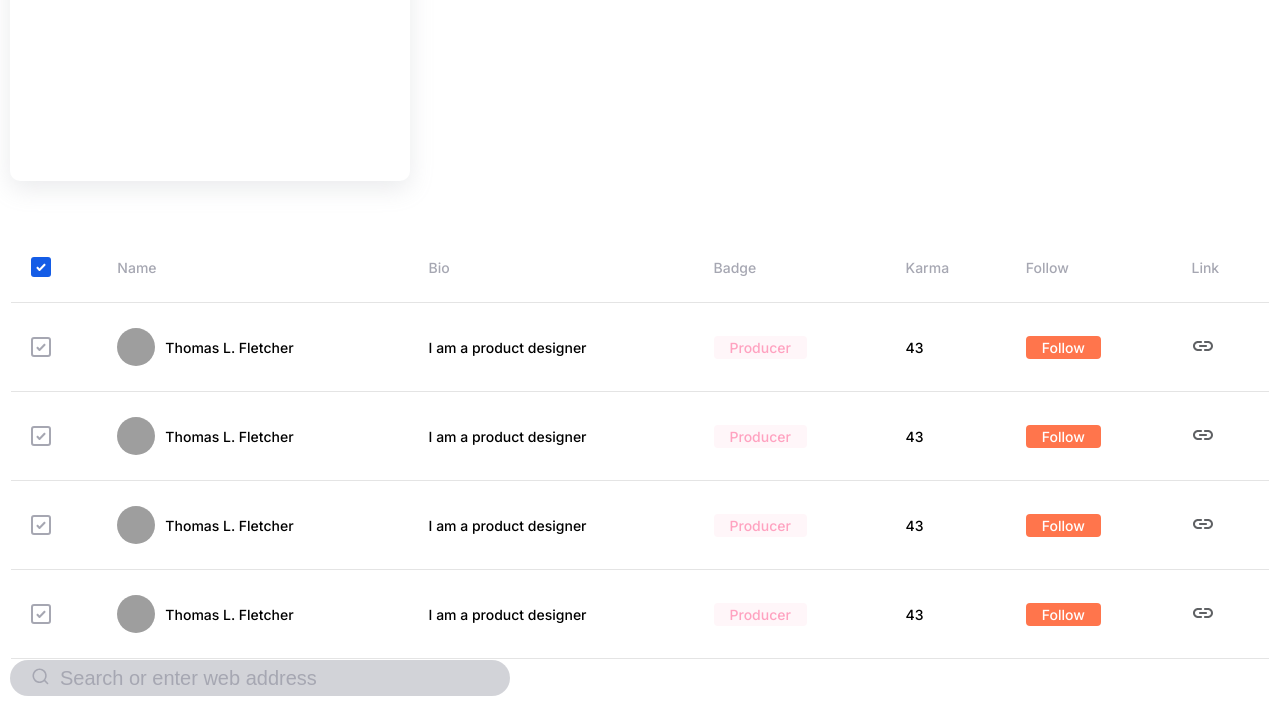
Repository: anhphapap/CSS
Page: test.html
An editor plug-in stored every save of this project. The page is shown before and after the next save, followed by the edit.
The browser window is 1280 px wide. The pictures show the part of the page from y = 642 to 1348 px (the page is 1348 px tall).
Pictures or frames that could not be fetched are drawn as grey boxes. A picture or video elsewhere on the page could not be fetched, so the positions and the page height are approximate.

Above is the page before, as saved 2023-04-09 22:16:48.

After the next save:
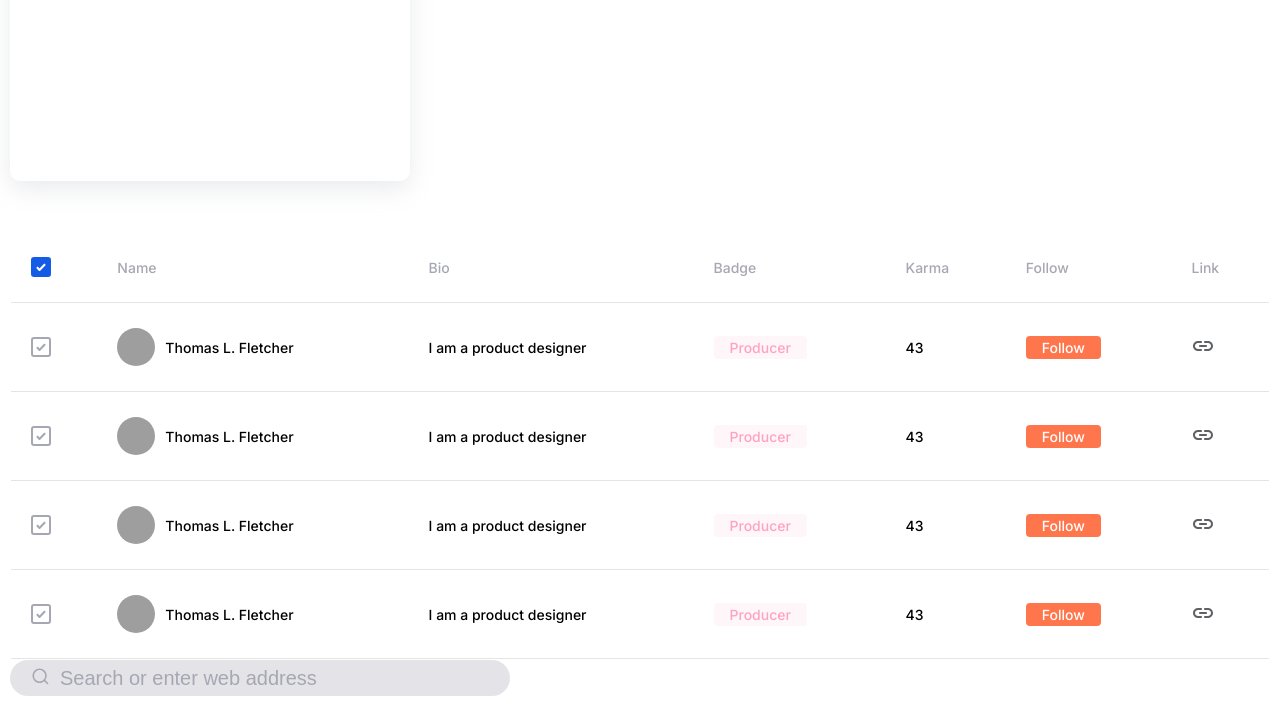
Saved 8 s later.
--- a/CSS/test.css
+++ b/CSS/test.css
@@ -392,7 +392,7 @@ td,th{
     height: 36px;
     padding: 8px 50px;
     border: none;
-    background-color: rgba(166, 167, 178,0.5);
+    background-color: rgba(166, 167, 178,0.3);
     border-radius: 100rem;
     font-size: 20px;
 }
